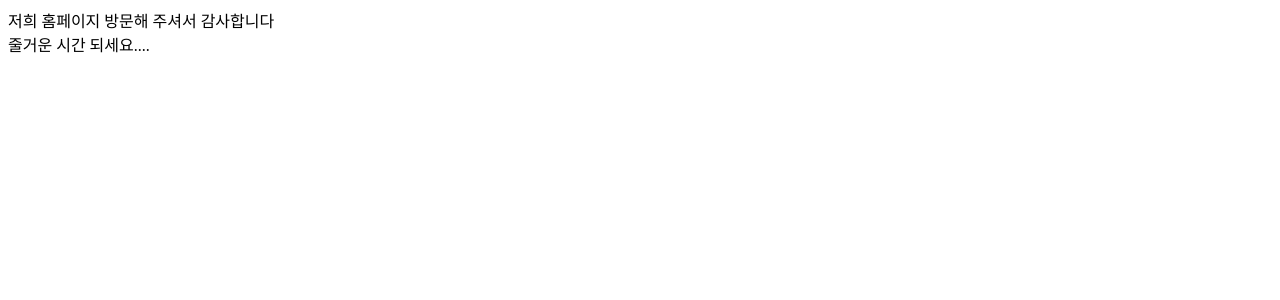
Repository: o3orr/jsp_study
Page: http://localhost/web-study-04/04_main.jsp
These files come from the project's save history. The page is drawn as it stood at one moment and after the next save; the edit follows.
The browser window is 1280 px wide. The pictures show the whole page.
The page is served by Tomcat 9. Other server files are loaded and not shown.

Above is the page before, as saved 2024-02-29 07:42:14.

### web-study-04/src/main/webapp/04_main.jsp
<%@ page language="java" contentType="text/html; charset=UTF-8"
    pageEncoding="UTF-8"%>
<!DOCTYPE html>
<html>
<head>
<meta charset="UTF-8">
<title>Insert title here</title>
</head>
<body>
	저희 홈페이지 방문해 주셔서 감사합니다<br>
	줄거운 시간 되세요....<br>
</body>
</html>

After the next save:
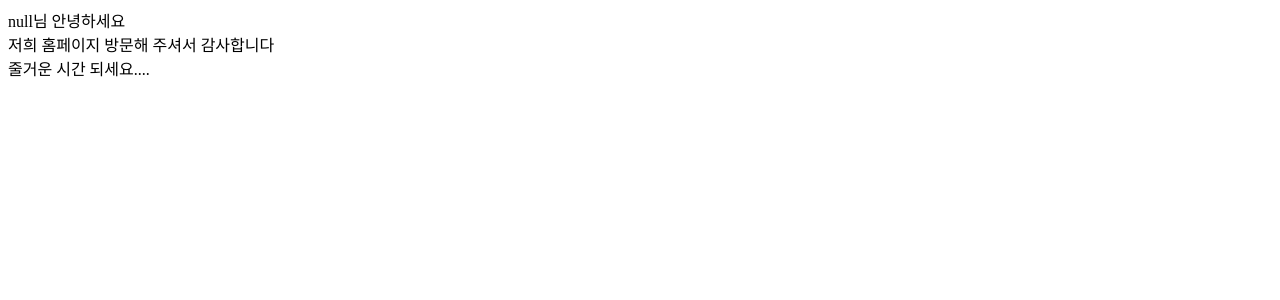
Saved 58 s later.
--- a/web-study-04/src/main/webapp/04_main.jsp
+++ b/web-study-04/src/main/webapp/04_main.jsp
@@ -7,6 +7,7 @@
 <title>Insert title here</title>
 </head>
 <body>
+	<%= request.getParameter("name") %>님 안녕하세요 <br>
 	저희 홈페이지 방문해 주셔서 감사합니다<br>
 	줄거운 시간 되세요....<br>
 </body>
